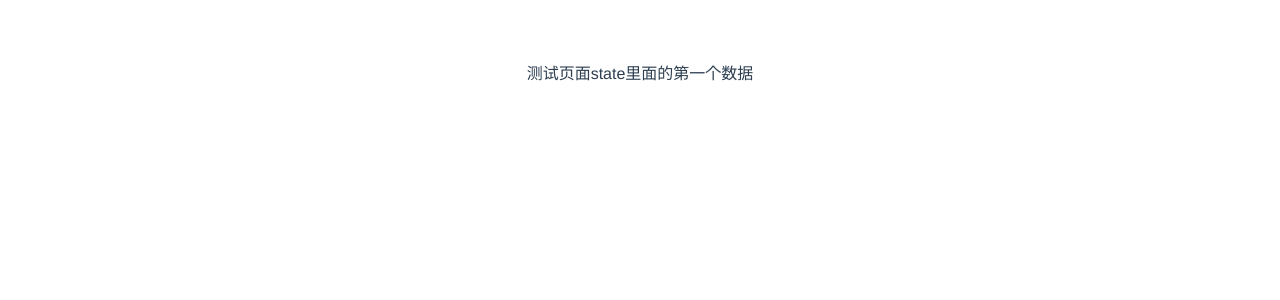
Repository: tianyige21/course-vue
Page: /#/test
These files come from the project's save history. The page is drawn as it stood at one moment and after the next save; the edit follows.
The browser window is 1280 px wide. The pictures show the whole page.
The project was rebuilt for these pictures with package versions that can differ from the ones it lists, and the page was loaded fresh each time. Also part of the build but not shown: vue.config.js, src/views/home.vue.

Above is the page before, as saved 2021-10-21 14:15:30.

After the next save:
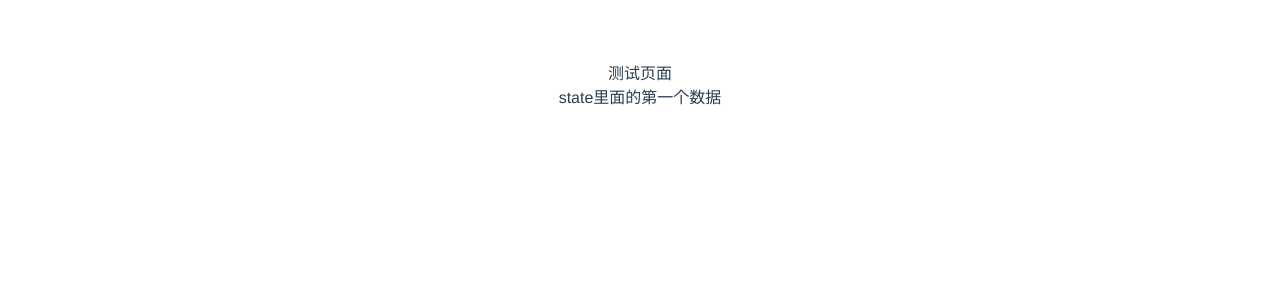
Saved 13 s later.
--- a/src/views/test.vue
+++ b/src/views/test.vue
@@ -1,7 +1,8 @@
 <!--  -->
 <template>
 <div>
-   测试页面{{stateshow1}}
+   测试页面
+   <br>{{stateshow1}}
 </div>
 </template>
 
